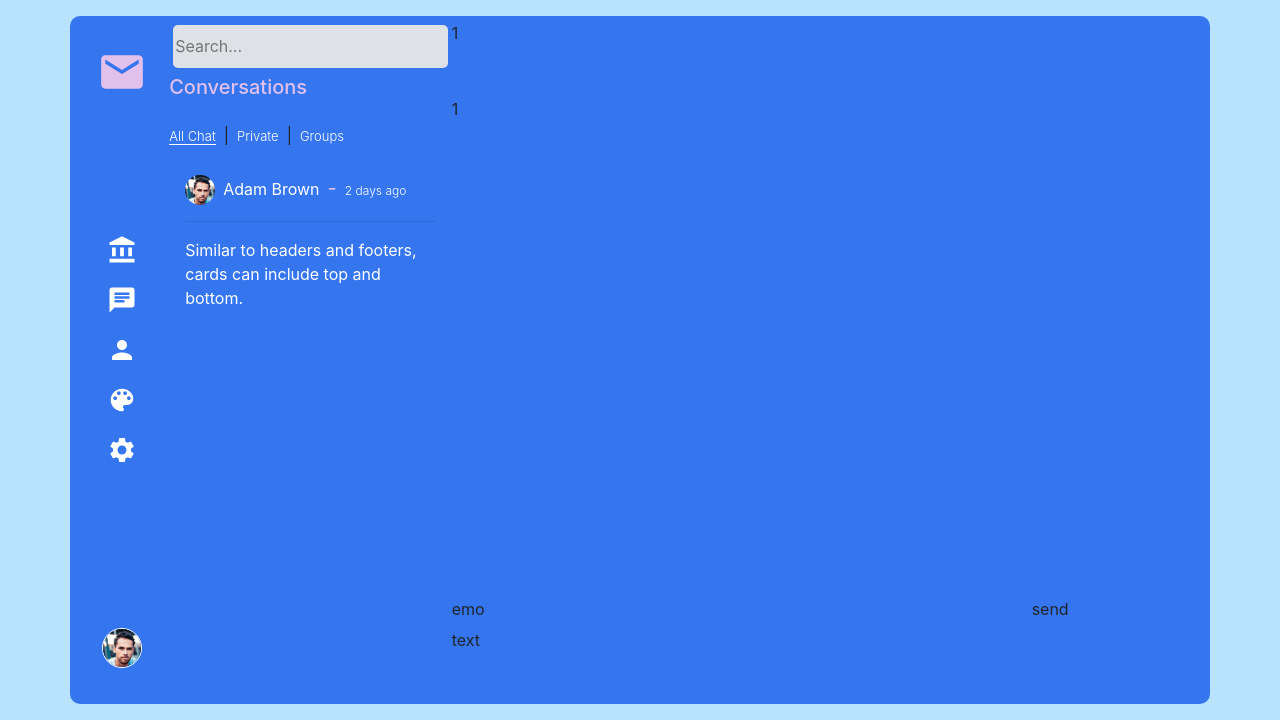
Repository: arafat877/super-chat
Page: /
The author's editor kept a copy of each file at every save. The page is drawn from the files as they stood at one save, then again after the next save.
The browser window is 1280 px wide. The pictures show the whole page.
The project was rebuilt for these pictures with package versions that can differ from the ones it lists, and the page was loaded fresh each time.

Above is the page before, as saved 2020-08-06 23:21:02.

### public/index.html
<!DOCTYPE html>
<html lang="en">
  <head>
    <meta charset="utf-8" />
    <meta name="viewport" content="width=device-width, initial-scale=1" />
    <meta name="theme-color" content="#000000" />
    <meta
      name="description"
      content="Chat application with node.js, express, react.js, mongoDb and socket.io"
    />
    <link rel="stylesheet" href="styles.css" />
    <link
      rel="stylesheet"
      href="https://maxcdn.bootstrapcdn.com/bootstrap/4.5.0/css/bootstrap.min.css"
      integrity="sha384-9aIt2nRpC12Uk9gS9baDl411NQApFmC26EwAOH8WgZl5MYYxFfc+NcPb1dKGj7Sk"
      crossorigin="anonymous"
    />
    <link
      href="https://fonts.googleapis.com/css2?family=Roboto:wght@100;300;400;500;700;900&display=swap"
      rel="stylesheet"
    />

    <title>Super Chat</title>
  </head>
  <body>
    <noscript>You need to enable JavaScript to run this app.</noscript>
    <div id="root"></div>
  </body>
</html>

### src/App.js
import React from "react";
import "./App.scss";
import {
  Email,
  Chat,
  Person,
  Settings,
  Palette,
  AccountBalance,
} from "@material-ui/icons";

function App() {
  return (
    <div className="appContainer vh-100 d-flex">
      <div className="container mt-3 mb-3 appWrapper">
        <div className="row h-100">
          <div className="col-1 d-none d-sm-none d-md-block container h-100 firstCol">
            <div className="row logoRow justify-content-center">
              <Email className="m-auto logo" />
            </div>
            <div className="row menuRow">
              <ul className="menuList m-auto p-0">
                <li className="menuItem">
                  <AccountBalance className="menuItemIcon" />
                </li>
                <li className="menuItem">
                  <Chat className="menuItemIcon" />
                </li>
                <li className="menuItem">
                  <Person className="menuItemIcon" />
                </li>
                <li className="menuItem">
                  <Palette className="menuItemIcon" />
                </li>
                <li className="menuItem">
                  <Settings className="menuItemIcon" />
                </li>
              </ul>
            </div>
            <div className="row photoRow justify-content-center">
              <img
                className="m-auto profilePhoto"
                src={require("./assets/m1.jpeg")}
                alt="profile"
              />
            </div>
          </div>
          <div className="col-3 container h-100 secondCol">
            <div className="row searchRow">
              <input className="searchInput" placeholder="Search..." />
            </div>
            <div className="row convRow">
              <span className="convSpan">Conversations</span>
            </div>
            <div className="row selectRow">
              <ul className="selectionList p-0">
                <li
                  className="selectionListItem d-inline mr-2"
                  style={{ borderBottom: "solid 0.05px white" }}
                >
                  All Chat
                </li>
                |
                <li className="selectionListItem d-inline mr-2 ml-2">
                  Private
                </li>
                |
                <li className="selectionListItem d-inline mr-2 ml-2">Groups</li>
              </ul>
            </div>
            <div className="row groupsRow">
              <div className="p-3">
                <img
                  className="userProfilePicture"
                  src={require("./assets/m1.jpeg")}
                  alt="User Profile"
                />
                <span className="userName ml-2">Adam Brown</span>
                <span className="dash ml-2">-</span>
                <span className="chatDate ml-2">2 days ago</span>
                <hr className="hr"></hr>
                <span className="text">
                  Similar to headers and footers, cards can include top and
                  bottom.
                </span>
              </div>
            </div>
          </div>
          <div className="col-8 container h-100 thirdCol">
            <div className="row chatInfo">1</div>
            <div className="row chatMessages">1</div>
            <div className="row chatInput">
              <div className="col-md-9 container">
                <div className="row inputEmoji">emo</div>
                <div className="row inputText">text</div>
              </div>
              <div className="col-md-3">send</div>
            </div>
          </div>
        </div>
      </div>
    </div>
  );
}

export default App;

### src/App.scss
.appContainer {
  background-color: #b7e3fe;

  .appWrapper {
    background-color: #3576ef;
    border-radius: 10px;
    border: solid thick #3576ef;

    .firstCol {
      .logoRow {
        height: 15%;

        .logo {
          font-size: 50px;
          color: rgb(226, 192, 236);
        }
      }
      .menuRow {
        height: 70%;

        .menuList {
          list-style: none;

          .menuItem {
            margin-bottom: 20px;

            .menuItemIcon {
              font-size: 30px;
              color: white;
            }
          }
        }
      }
      .photoRow {
        height: 15%;

        .profilePhoto {
          height: 40px;
          width: 40px;
          border: solid thin white;
          border-radius: 50%;
          object-fit: cover;
        }
      }
    }

    .secondCol {
      .searchRow {
        height: 7.5%;

        .searchInput {
          width: 100%;
          border: none;
          background-color: #dee2e6;
          border-radius: 5px;
          margin: 4px;

          &:focus {
            outline: none;
          }
        }
      }
      .convRow {
        height: 7.5%;

        .convSpan {
          font-weight: 500;
          font-size: 20px;
          color: rgb(226, 192, 236);
        }
      }
      .selectRow {
        height: 5%;

        .selectionList {
          list-style: none;

          .selectionListItem {
            font-weight: 300;
            font-size: 13px;
            color: white;
          }
        }
      }
      .groupsRow {
        height: 80%;

        .userProfilePicture {
          height: 30px;
          width: 30px;
          border-radius: 50%;
          object-fit: cover;
        }

        .userName {
          color: white;
        }

        .dash {
          color: rgb(226, 192, 236);
          font-size: 20px;
        }

        .chatDate {
          color: white;
          font-size: 12px;
          font-weight: 300;
        }

        .hr {
          color: rgb(226, 192, 236);
        }

        .text {
          color: white;
        }
      }
    }

    .thirdCol {
      .chatInfo {
        height: 11.25%;
      }
      .chatMessages {
        height: 73.75%;
      }
      .chatInput {
        height: 15%;

        .inputEmoji {
          height: 30%;
        }
        .inputText {
          height: 70%;
        }
      }
    }
  }
}

Loaded but not shown: src/index.js (common file); public/styles.css (common file)

After the next save:
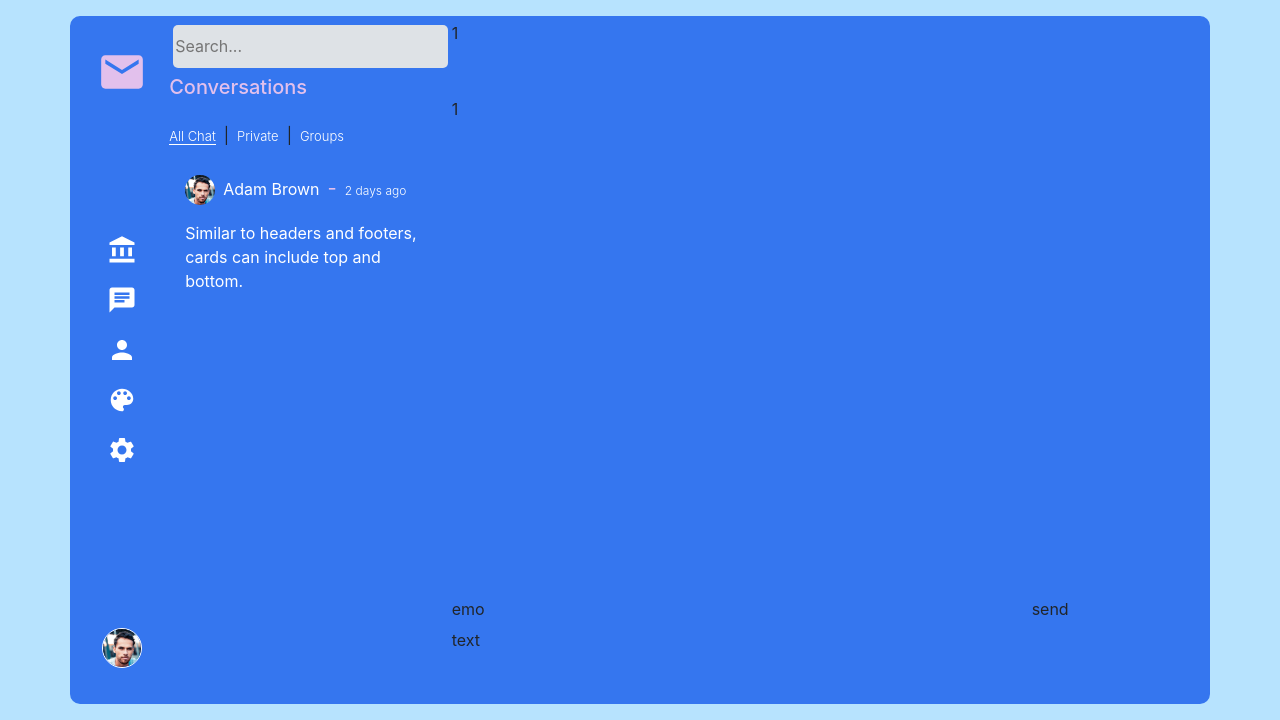
Saved 47 s later.
--- a/src/App.scss
+++ b/src/App.scss
@@ -108,7 +108,7 @@
         }
 
         .hr {
-          color: rgb(226, 192, 236);
+          border: rgb(226, 192, 236);
         }
 
         .text {
